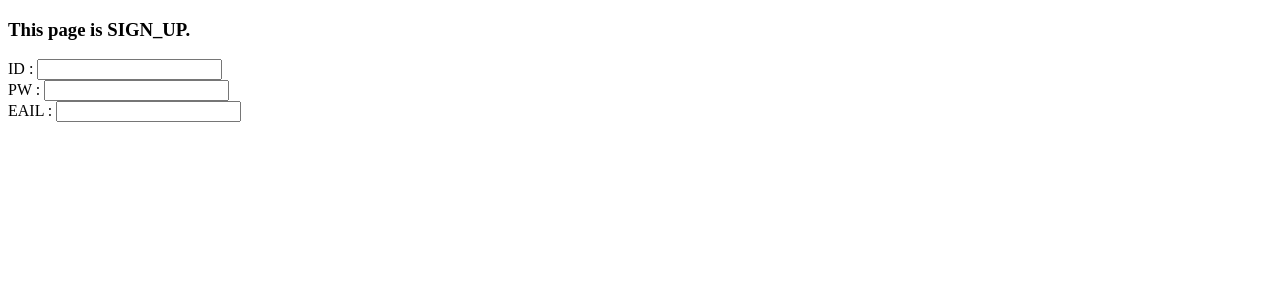
Repository: jjonggu/springMVC_STS
Page: http://localhost/ch08_pjt_01/signUp
The author's editor kept a copy of each file at every save. The page is drawn from the files as they stood at one save, then again after a run of saves.
The browser window is 1280 px wide. The pictures show the whole page.
The page is served by Tomcat 9. Other server files are loaded and not shown.

Above is the page before, as saved 2024-01-30 02:29:26.

### ch08_pjt_01/src/main/webapp/WEB-INF/views/sign_up.jsp
<%@ page language="java" contentType="text/html; charset=UTF-8"
    pageEncoding="UTF-8"%>
<!DOCTYPE html>
<html>
<head>
<meta charset="UTF-8">
<title>Insert title here</title>
</head>
<body>

	<h3>This page is SIGN_UP.</h3>

	<form action="/hello/signUpConfirm">
	ID : <input type="text" name="m_id"> <br/>
	PW : <input type="text" name="m_pw"> <br/>
	EAIL : <input type="text" name="m_email"> <br/>

	</form>

</body>
</html>

After the next 3 saves:
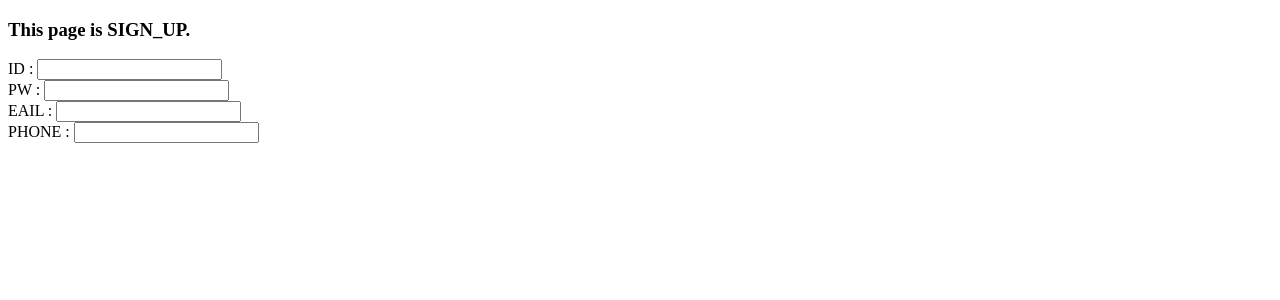
The 3 saves are shown as one change because they came seconds apart.
The last was saved 28 s later.
--- a/ch08_pjt_01/src/main/webapp/WEB-INF/views/sign_up.jsp
+++ b/ch08_pjt_01/src/main/webapp/WEB-INF/views/sign_up.jsp
@@ -11,9 +11,10 @@
 	<h3>This page is SIGN_UP.</h3>
 
 	<form action="/hello/signUpConfirm">
-	ID : <input type="text" name="m_id"> <br/>
-	PW : <input type="text" name="m_pw"> <br/>
-	EAIL : <input type="text" name="m_email"> <br/>
+	ID : <input type="text" name="m_id"><br/>
+	PW : <input type="text" name="m_pw"><br/>
+	EAIL : <input type="text" name="m_email"><br/>
+	PHONE : <input type="text" name="m_phone"><br/>
 
 	</form>
 
